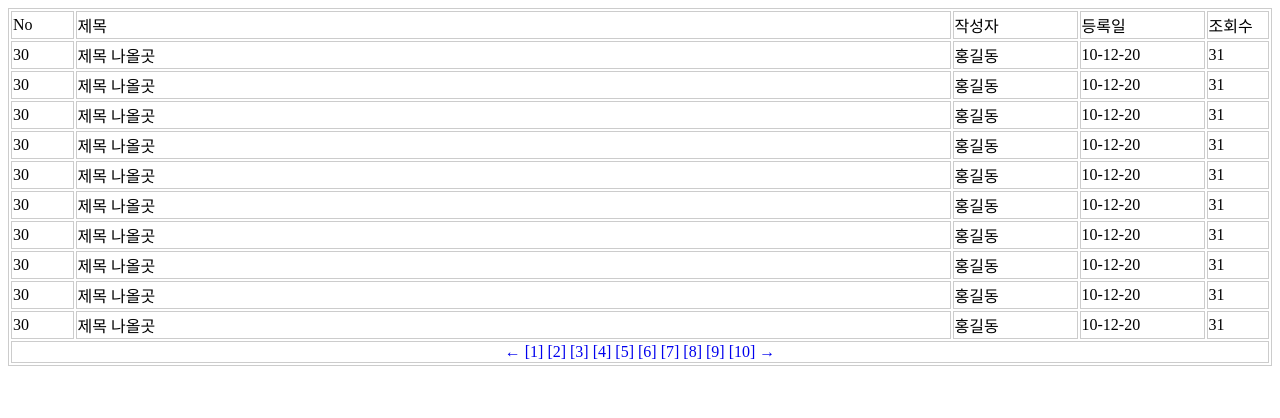
Repository: gudbrwkd98/JavaEE-JSP
Page: http://localhost/BoardApp/news/list.jsp
The author's editor kept a copy of each file at every save. The page is drawn from the files as they stood at one save, then again after the next save.
The browser window is 1280 px wide. The pictures show the whole page.
The page is served by Tomcat 9. Other server files are loaded and not shown.

Above is the page before, as saved 2020-12-09 01:33:44.

### BoardApp/WebContent/news/list.jsp
<%@ page contentType="text/html;charset=utf-8"%>
<%
	int totalRecord= 1226;//총 레코드 수
	int pageSize = 10; //한페이지에 보여질  레코드 수
	int totalPage = (int)(Math.ceil((float)totalRecord/pageSize));
	int blockSize = 10 ; //블럭당 보여질 페이지 수
	int currentPage=1; //현재 페이지(디폴트 첫페이지 이다)
	if(request.getParameter("currentPage") != null){
		 currentPage = 1;
	}



%>
<!DOCTYPE html>
<html>
<head>
<meta charset="utf-8">
<title>Insert title here</title>
<style>
table{
	width:100%;
	border:1px solid #cccccc;
}
td{
	border:1px solid #cccccc;
}
a{
text-decoration: none;
}
.pageNum{
font-size: 20pt;
color:blue;
font-weight: bold;
}
</style>
<script>
</script>
</head>
<body>
	<table>
		<tr>
			<td width="5%">No</td>
			<td width="70%">제목</td>
			<td width="10%">작성자</td>
			<td widht="10%">등록일</td>
			<td width="5%">조회수</td>
		</tr>
		<%for(int i = 1 ; i <=pageSize; i++){ %>
		<tr>
			<td>30</td>
			<td>제목 나올곳</td>
			<td>홍길동</td>
			<td>10-12-20</td>
			<td>31</td>
		</tr>
		<%} %>
		<tr>
			<td colspan="5" align="center">
				<a href="list.jsp">←</a>
				<%for(int i = 1 ; i<=blockSize;i++){%>
					<a href="list.jsp?currentPage=<%=i%>" <%if(currentPage == i){ %> style="pageNum" <%} %>>[<%=i %>]</a>
				<%} %>
				<a href="list.jsp">→ </a>
			</td>
		</tr>
	</table>
</body>
</html>

After the next save:
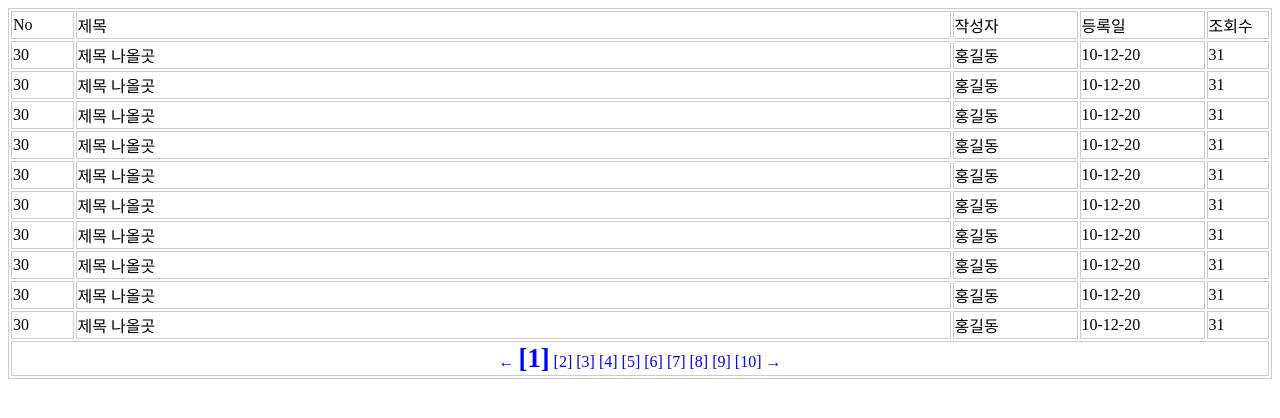
Saved 9 s later.
--- a/BoardApp/WebContent/news/list.jsp
+++ b/BoardApp/WebContent/news/list.jsp
@@ -59,7 +59,7 @@ font-weight: bold;
 			<td colspan="5" align="center">
 				<a href="list.jsp">←</a>
 				<%for(int i = 1 ; i<=blockSize;i++){%>
-					<a href="list.jsp?currentPage=<%=i%>" <%if(currentPage == i){ %> style="pageNum" <%} %>>[<%=i %>]</a>
+					<a href="list.jsp?currentPage=<%=i%>" <%if(currentPage == i){ %> class ="pageNum" <%} %>>[<%=i %>]</a>
 				<%} %>
 				<a href="list.jsp">→ </a>
 			</td>
